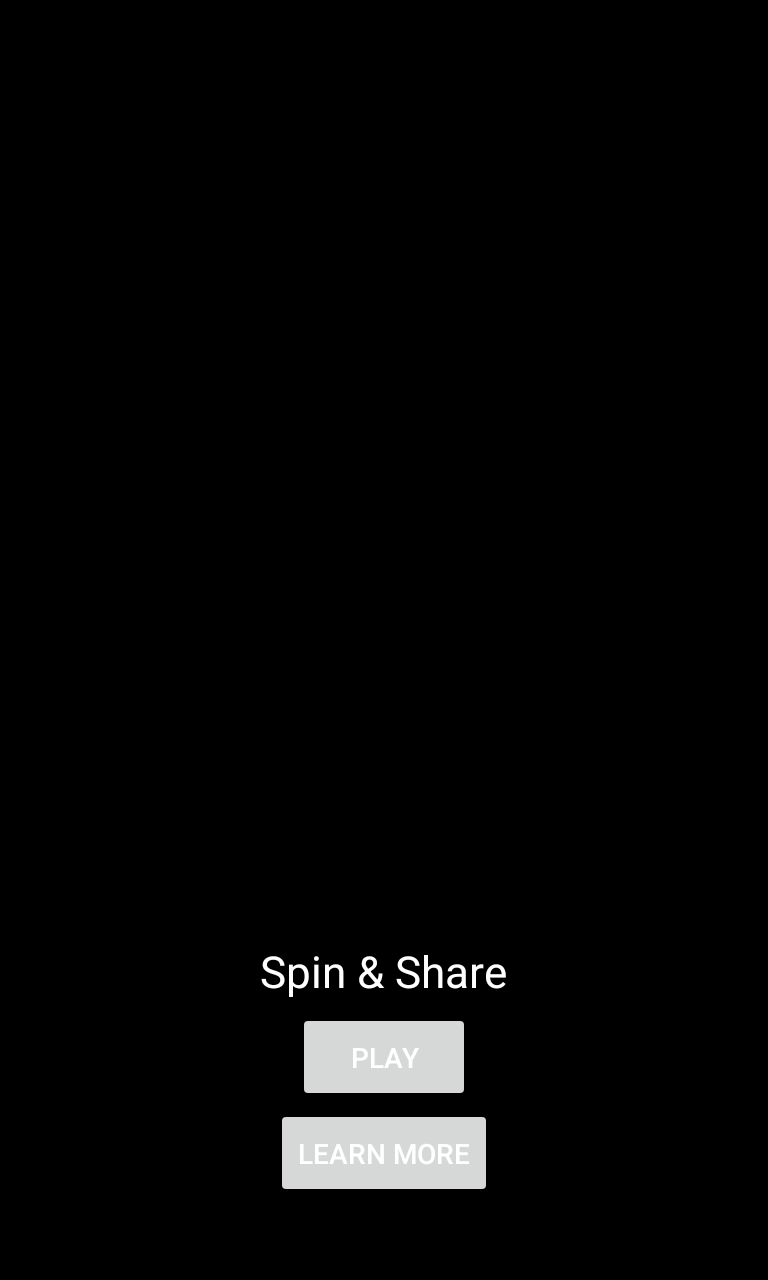
Repository: nkarthikeyan/SpinShare
Layout: SpinShareV1/res/layout/fragment_main.xml
The author's editor kept a copy of each file at every save. The layout is drawn from the files as they stood at one save, then again after the next save.
It is drawn on a 768 x 1280 px phone screen (xhdpi) without system bars, with theme AppTheme; the app's code is not run.

Above is the layout before, as saved 2015-07-07 14:09:35.

### SpinShareV1/res/layout/fragment_main.xml
<RelativeLayout xmlns:android="http://schemas.android.com/apk/res/android"
    xmlns:tools="http://schemas.android.com/tools"
    android:layout_width="match_parent"
    android:layout_height="match_parent"
    android:paddingBottom="@dimen/activity_vertical_margin"
    android:paddingLeft="@dimen/activity_horizontal_margin"
    android:paddingRight="@dimen/activity_horizontal_margin"
    android:paddingTop="@dimen/activity_vertical_margin"
    android:background="#000000"
    tools:context="edu.rutgers.spinsharev1.MainActivity$PlaceholderFragment" >

    <TextView
        android:id="@+id/Spin"
        android:layout_width="wrap_content"
        android:layout_height="wrap_content"
        android:layout_alignParentBottom="true"
        android:layout_centerHorizontal="true"
        android:layout_marginBottom="124dp"
        android:text="Spin &amp; Share"
        android:textAppearance="?android:attr/textAppearanceLarge"
        android:textColor="#ffffff" />

    <Button
        android:id="@+id/Play"
        android:layout_width="wrap_content"
        android:layout_height="wrap_content"
        android:layout_alignTop="@+id/Spin"
        android:layout_centerHorizontal="true"
        android:layout_marginTop="34dp"
        android:text="Play"
        android:textColor="#ffffff" />

    <Button
        android:id="@+id/Learn"
        style="?android:attr/buttonStyleSmall"
        android:layout_width="wrap_content"
        android:layout_height="wrap_content"
        android:layout_below="@+id/Play"
        android:layout_centerHorizontal="true"
        android:text="Learn More"
        android:textColor="#ffffff" />

</RelativeLayout>

Loaded but not shown: SpinShareV1/res/values/styles.xml (common file); SpinShareV1/res/values-v11/styles.xml (common file); SpinShareV1/res/values-v14/styles.xml (common file); SpinShareV1/res/values/dimens.xml (common file); SpinShareV1/res/values-w820dp/dimens.xml (common file)

After the next save:
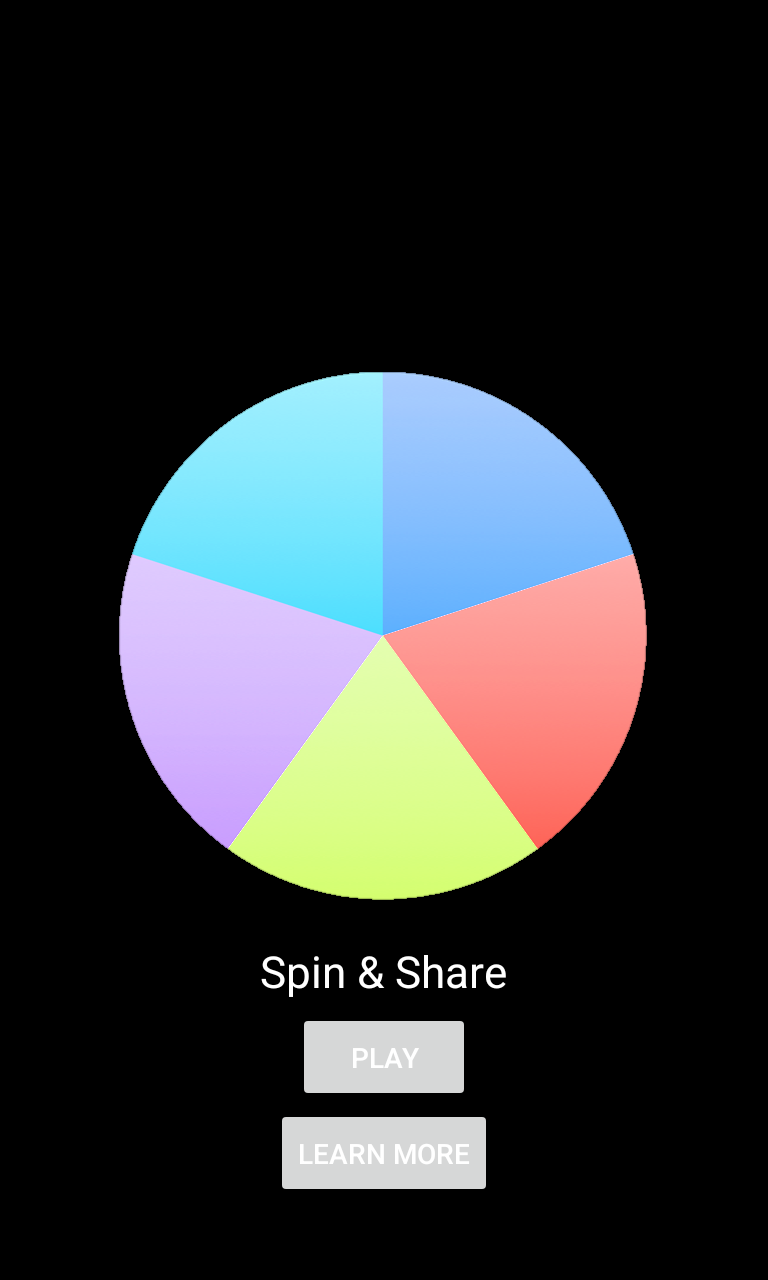
Saved 7 min 18 s later.
--- a/SpinShareV1/res/layout/fragment_main.xml
+++ b/SpinShareV1/res/layout/fragment_main.xml
@@ -40,4 +40,12 @@
         android:text="Learn More"
         android:textColor="#ffffff" />
 
+    <ImageView
+        android:id="@+id/imageView1"
+        android:layout_width="wrap_content"
+        android:layout_height="match_parent"
+        android:layout_alignParentTop="true"
+        android:layout_centerHorizontal="true"
+        android:src="@drawable/wheel" />
+
 </RelativeLayout>
